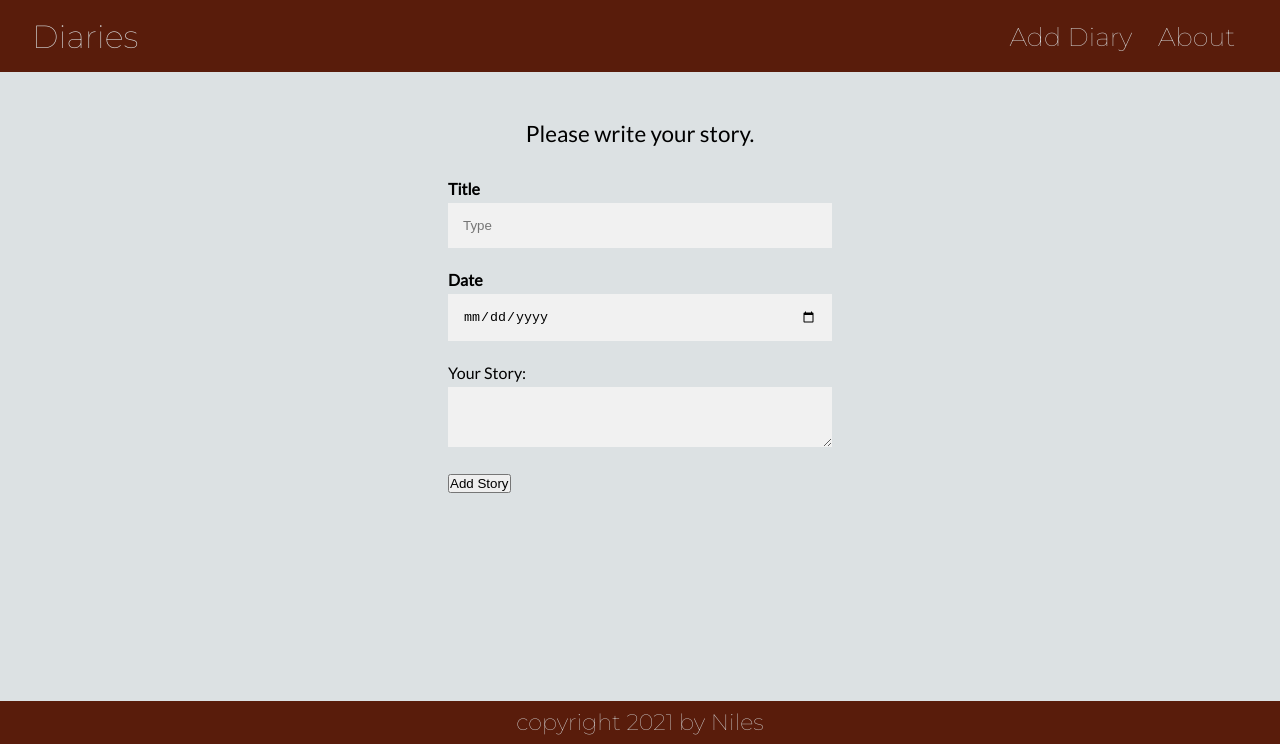
Repository: Tun-Dev/mydiary
Page: /AddDiary
These files come from the project's save history. The page is drawn as it stood at one moment and after the next save; the edit follows.
The browser window is 1280 px wide. The pictures show the whole page.
The project was rebuilt for these pictures with package versions that can differ from the ones it lists, and the page was loaded fresh each time. Also part of the build but not shown: src/useFetch.js, src/Components/Diary.js, src/Components/DiaryHome.js, src/Components/About.js.

Above is the page before, as saved 2021-05-12 16:01:49.

After the next save:
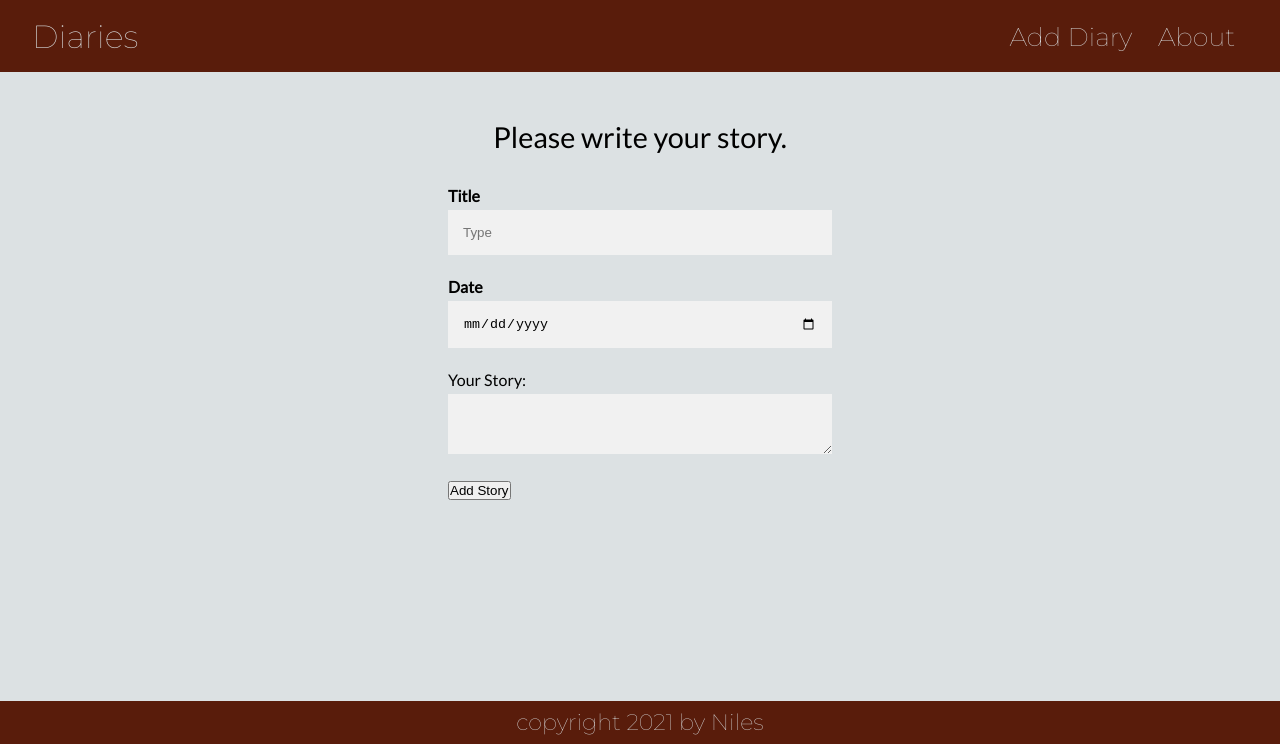
Saved 26 s later.
--- a/src/Components/AddDiary.js
+++ b/src/Components/AddDiary.js
@@ -57,7 +57,7 @@ const AddDiary = () => {
 const Add = styled.div`
 .write {
     margin-bottom: 2rem;
-    font-size: 1.4rem;
+    font-size: 1.8rem;
     text-align: center;
 }
 input[type=text], input[type=date], textarea {
